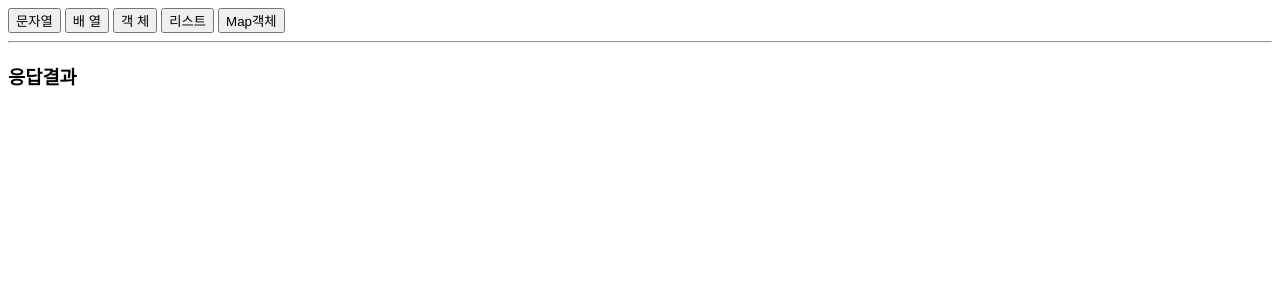
Repository: p2terkim/servletWork
Page: http://localhost/servletTest/basic/json/jsonTest.jsp
The author's editor kept a copy of each file at every save. The page is drawn from the files as they stood at one save, then again after the next save.
The browser window is 1280 px wide. The pictures show the whole page.
After loading, the first visible `#listBtn` was clicked once.
The page is served by Tomcat 9. Other server files are loaded and not shown.

Above is the page before, as saved 2021-05-20 06:37:14.
Console error: ReferenceError: str is not defined

### servletTest/WebContent/basic/json/jsonTest.jsp
<%@ page language="java" contentType="text/html; charset=UTF-8"
    pageEncoding="UTF-8"%>
<!DOCTYPE html>
<html>
<head>
<meta charset="UTF-8">
<title>JSON 데이터 Ajax로 처리하기</title>
<script type="text/javascript" src = "<%=request.getContextPath()%>/js/jquery-3.6.0.min.js"></script>

<script type="text/javascript">
$(function(){
	$("#strBtn").on("click", function(){
		$.ajax({
			url : "<%=request.getContextPath()%>/JSONTest.do",
			type : "post",
			data : "choice=str",
			success : function(data){
				$('#result').html(data);
			},
			dataType : "json"
		});
	});

	//--------------------------------------

	$("#arrayBtn").on("click", function(){
		$.ajax({
			url : "<%=request.getContextPath()%>/JSONTest.do",
			type : "post",
			data : "choice=array",
			success : function(data){

				var str = "";

				$.each(data, function(i, v){
					str += i + "번째 자료 : " + v + "<br>"
				});

				$('#result').html(str);
			},
			dataType : "json"
		});
	});

	//--------------------------------------

	$("#objBtn").on("click", function(){
		$.ajax({
			url : "<%=request.getContextPath()%>/JSONTest.do",
			type : "post",
			data : "choice=obj",
			success : function(data){

				var str = "<h3>SampleVO객체 결과</h3>";
				str += " ID : " + data.id + "<br>";
				str += " 이름 : " + data.name + "<br>";

				$('#result').html(str);
			},
			dataType : "json"
		});
	});

	//--------------------------------------

	$("#listBtn").on("click", function(){
		$.ajax({
			url : "<%=request.getContextPath()%>/JSONTest.do",
			type : "post",
			data : "choice=list",
			success : function(data){



				$('#result').html(str);
			},
			dataType : "json"
		});
	});

	//--------------------------------------

	$("#mapBtn").on("click", function(){
		$.ajax({
			url : "<%=request.getContextPath()%>/JSONTest.do",
			type : "post",
			data : "choice=map",
			success : function(data){



				$('#result').html(str);
			},
			dataType : "json"
		});
	});


});

</script>
</head>
<body>

<form>
	<input type="button" id="strBtn" value="문자열">
	<input type="button" id="arrayBtn" value="배 열">
	<input type="button" id="objBtn" value="객 체">
	<input type="button" id="listBtn" value="리스트">
	<input type="button" id="mapBtn" value="Map객체">
</form>
<hr>
<h3>응답결과</h3>
<div id="result"></div>


</body>
</html>

### servletTest/src/kr/or/ddit/basic/json/JSONTestServlet.java
package kr.or.ddit.basic.json;

import java.io.IOException;
import java.io.PrintWriter;
import java.util.ArrayList;
import java.util.List;

import javax.servlet.ServletException;
import javax.servlet.annotation.WebServlet;
import javax.servlet.http.HttpServlet;
import javax.servlet.http.HttpServletRequest;
import javax.servlet.http.HttpServletResponse;

import com.google.gson.Gson;

@WebServlet("/JSONTest.do")
public class JSONTestServlet extends HttpServlet {
	private static final long serialVersionUID = 1L;

	protected void doGet(HttpServletRequest request, HttpServletResponse response) throws ServletException, IOException {

		request.setCharacterEncoding("utf-8");

		//응답을 json으로 보내기
		response.setCharacterEncoding("utf-8");
		response.setContentType("application/json); charset=utf-8");

		String choice = request.getParameter("choice");

		Gson gson = new Gson();	//JSON 라이브러리(Gson)객체 생성
		String jsonData = null;

		switch(choice) {
			case "str":
				String str = "안녕하세요.";
				jsonData = gson.toJson(str);	//데이터를 JSON 형태의 문자열로 변환한다.
				break;
			case "array":
				int[] arr = new int[] {10, 20, 30, 40, 50};
				jsonData = gson.toJson(arr);
				break;
			case "obj":	//SampleVO 클래스를 만들어서 사용한다.
				SampleVO sample = new SampleVO();
				sample.setId(100);
				sample.setName("홍길동");

				jsonData = gson.toJson(sample);
				break;
			case "list":
				List<SampleVO> samList = new ArrayList<SampleVO>();
				samList.add(new SampleVO(1000, "일지매"));
				samList.add(new SampleVO(2000, "홍길동"));
				samList.add(new SampleVO(3000, "성춘향"));
				samList.add(new SampleVO(4000, "강감찬"));

				jsonData = gson.toJson(samList);
				break;
			case "map":
				break;
		}

		//변환된 JSON 구조의 문자열을 출력해본다.
		//System.out.println(choice + " : " + jsonData);

		//만들어진 JSON 문자열을 응답 데이터로 보내준다.
		PrintWriter out = response.getWriter();

		out.write(jsonData);

		out.flush();
		out.close();


	}

	protected void doPost(HttpServletRequest request, HttpServletResponse response) throws ServletException, IOException {
		doGet(request, response);
	}

}

### servletTest/src/kr/or/ddit/basic/json/SampleVO.java
package kr.or.ddit.basic.json;

public class SampleVO {
	private int id;
	private String name;

	//생성자1
	public SampleVO() {	}

	//생성자2
	public SampleVO(int id, String name) {
		super();
		this.id = id;
		this.name = name;
	}


	public int getId() {
		return id;
	}

	public void setId(int id) {
		this.id = id;
	}
	public String getName() {
		return name;
	}
	public void setName(String name) {
		this.name = name;
	}



}

Loaded but not shown: servletTest/WebContent/js/jquery-3.6.0.min.js (library)

After the next save:
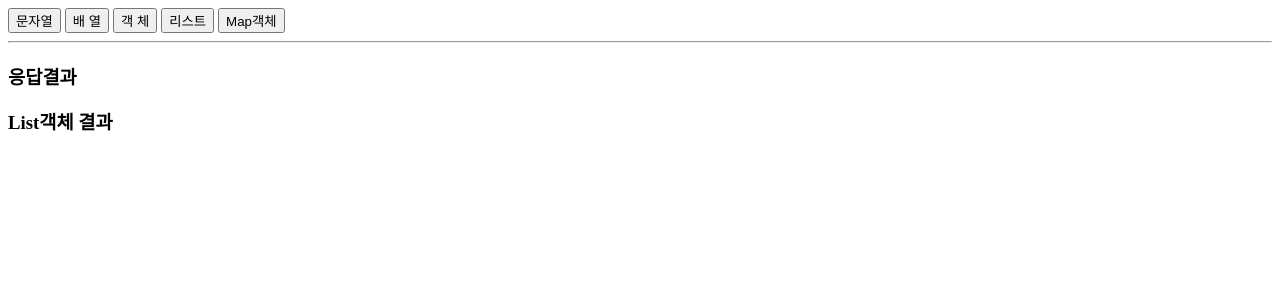
The error is gone.
Saved 38 s later.
--- a/servletTest/WebContent/basic/json/jsonTest.jsp
+++ b/servletTest/WebContent/basic/json/jsonTest.jsp
@@ -70,7 +70,7 @@ $(function(){
 			data : "choice=list",
 			success : function(data){
 
-
+				var str = "<h3>List객체 결과</h3>";
 
 				$('#result').html(str);
 			},
